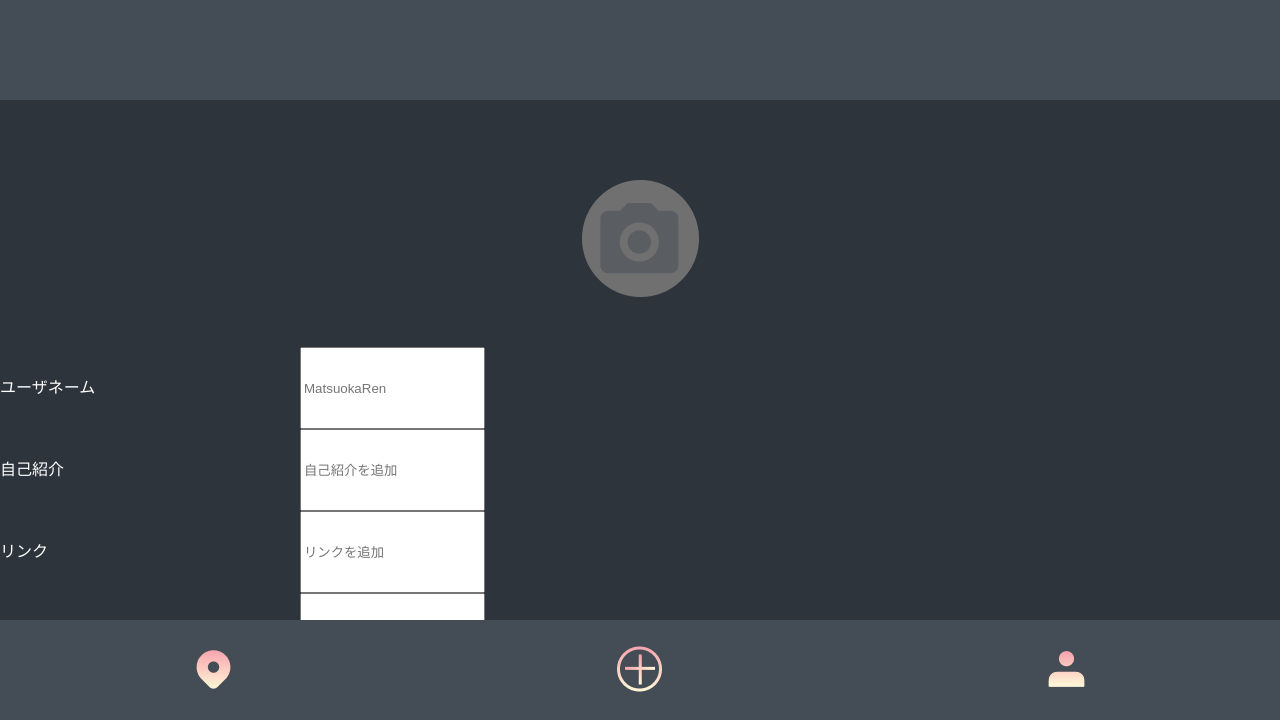
Repository: ren0714poo/respos
Page: edit.html
An editor plug-in stored every save of this project. The page is shown before and after the next save, followed by the edit.
The browser window is 1280 px wide. The pictures show the whole page.

Above is the page before, as saved 2025-07-17 14:11:06.

After the next save:
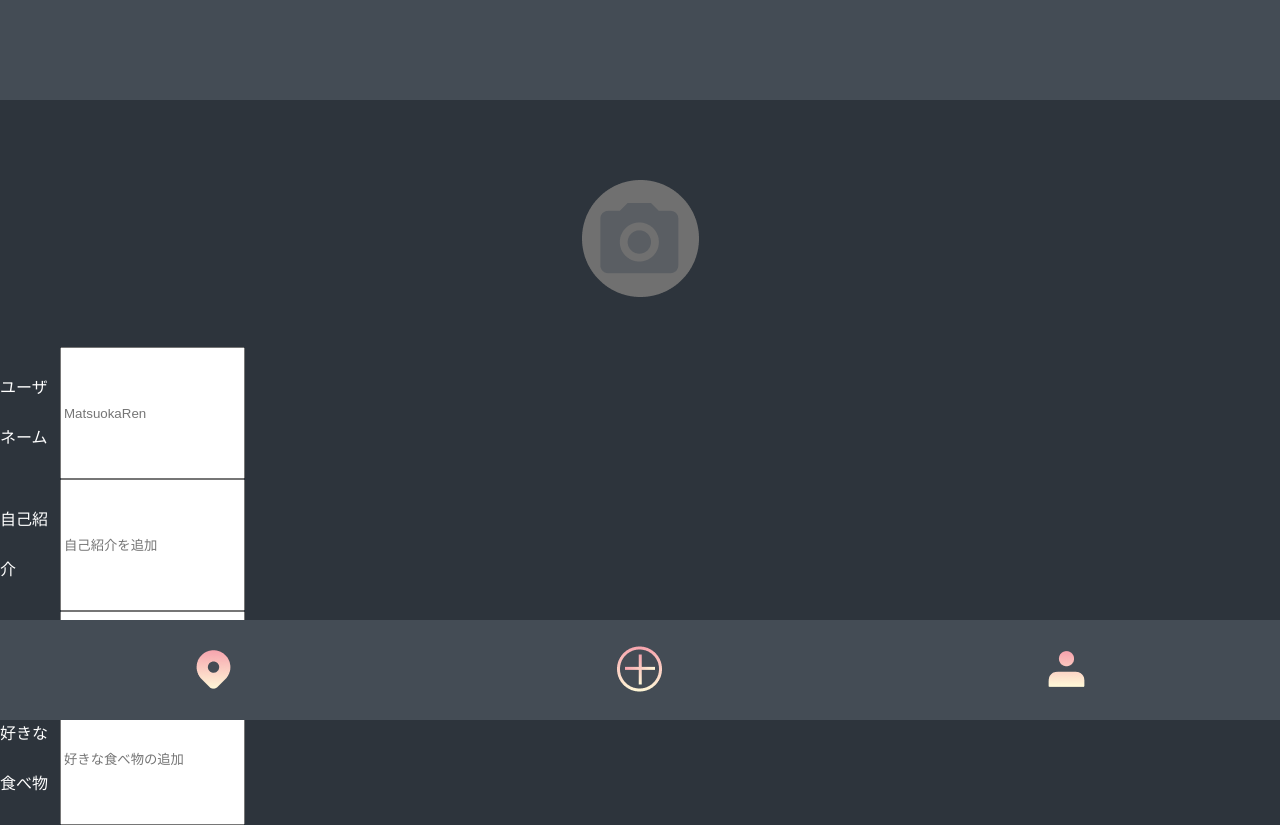
Saved 10 s later.
--- a/css/edit.css
+++ b/css/edit.css
@@ -44,7 +44,7 @@ main{
 .edit_flex{
   display: flex;
 p{
-  width: 300px;
+  width: 60px;
 }
 }
 
